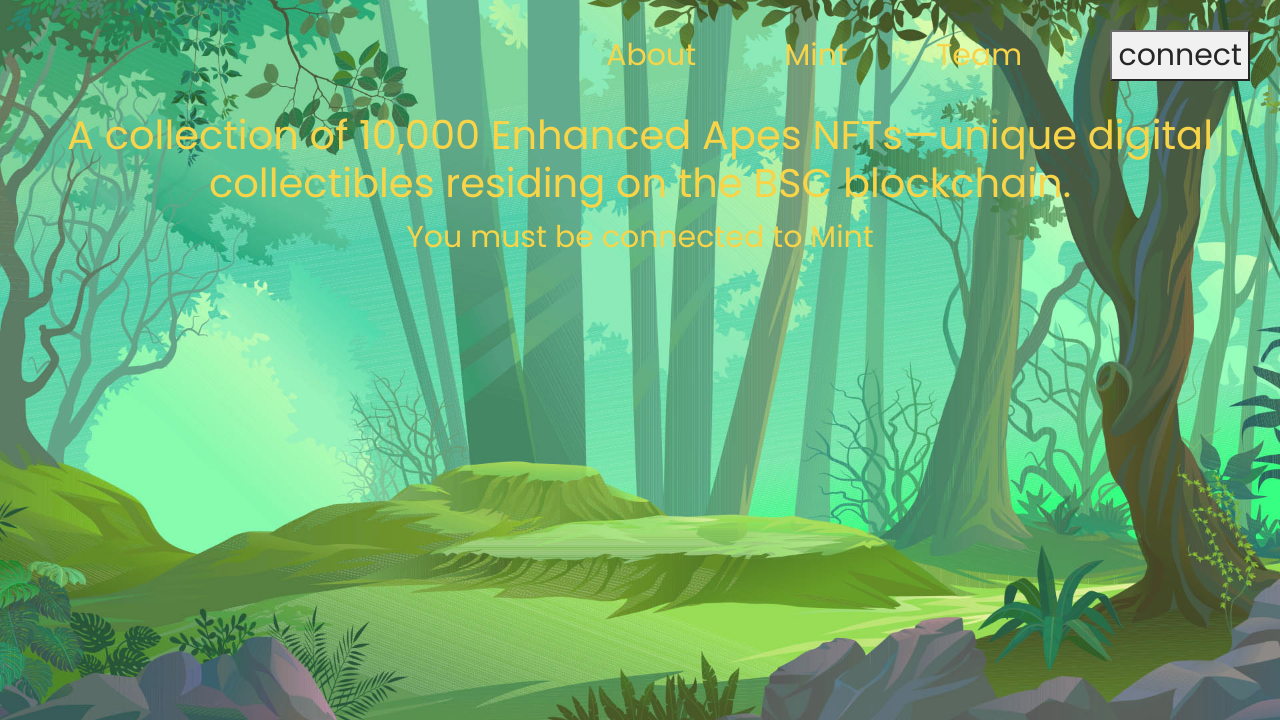
Repository: Stephegbenga/Minting-Dapp
Page: /
The author's editor kept a copy of each file at every save. The page is drawn from the files as they stood at one save, then again after the next save.
The browser window is 1280 px wide. The pictures show the whole page.
The project was rebuilt for these pictures with package versions that can differ from the ones it lists, and the page was loaded fresh each time.

Above is the page before, as saved 2022-04-07 16:45:19.

After the next save:
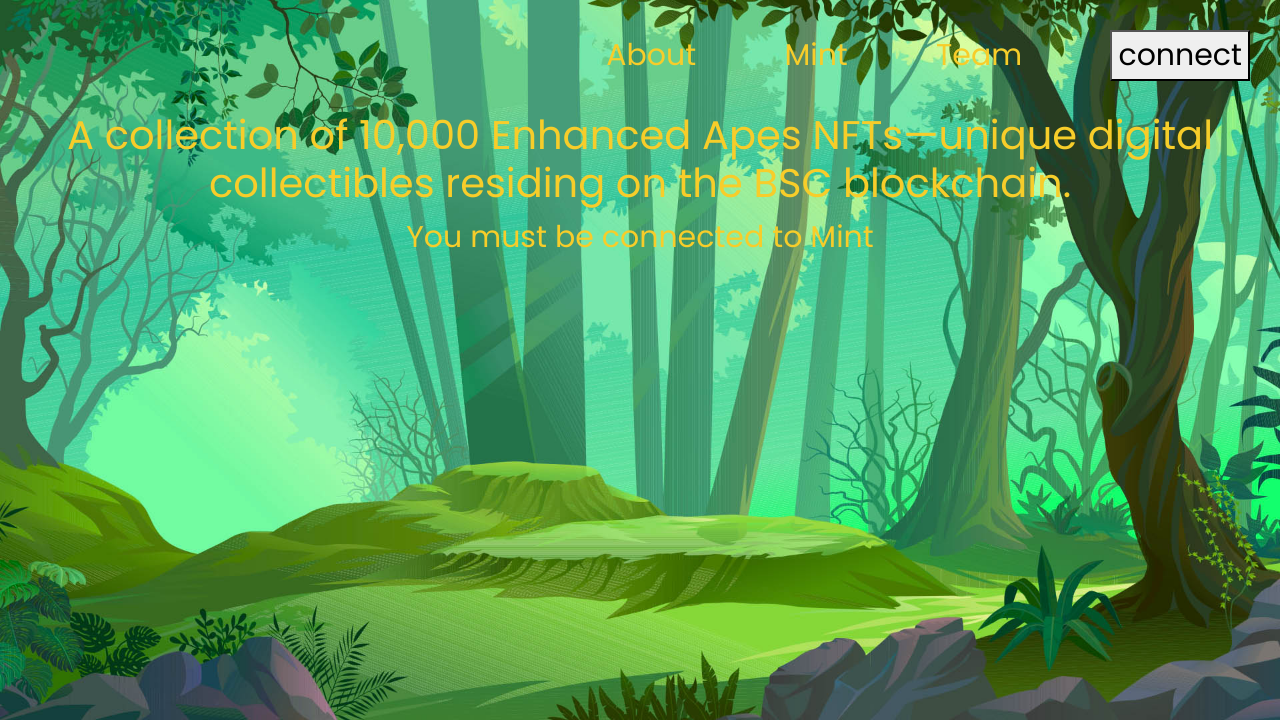
Saved 43 s later.
--- a/src/App.css
+++ b/src/App.css
@@ -17,7 +17,7 @@ body {
 }
 
 .overlay {
-  opacity: 0.85;
+  opacity: 1;
   width: 100%;
   height: 100%;
   z-index: 10;
